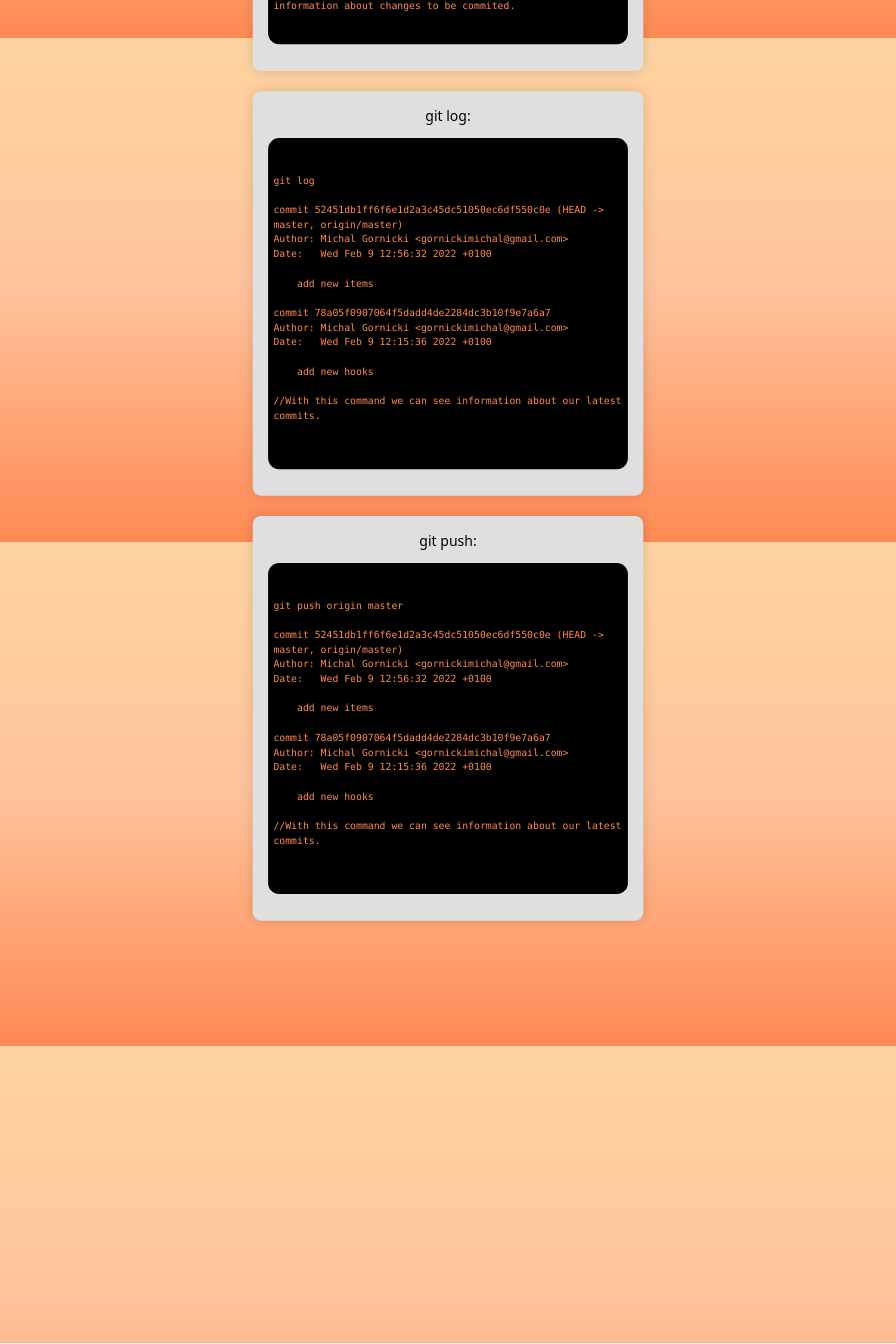
Repository: michalgornicki/git
Page: /
The author's editor kept a copy of each file at every save. The page is drawn from the files as they stood at one save, then again after the next save.
The browser window is 1280 px wide. The pictures show the part of the page from y = 2105 to 4025 px (the page is 4025 px tall before and 3752 px after), at 70% of full size.
Backgrounds fixed to the window are drawn as part of the page. The project was rebuilt for these pictures with package versions that can differ from the ones it lists, and the page was loaded fresh each time. Imported but missing from the stored project, and not drawn on this page: src/components/DOM manipulation.jsx, src/components/async.jsx, src/components/loops.jsx, src/components/numbers.jsx, src/components/variables.jsx, src/components/window.jsx.

Above is the page before, as saved 2022-02-10 08:39:44.

After the next save:
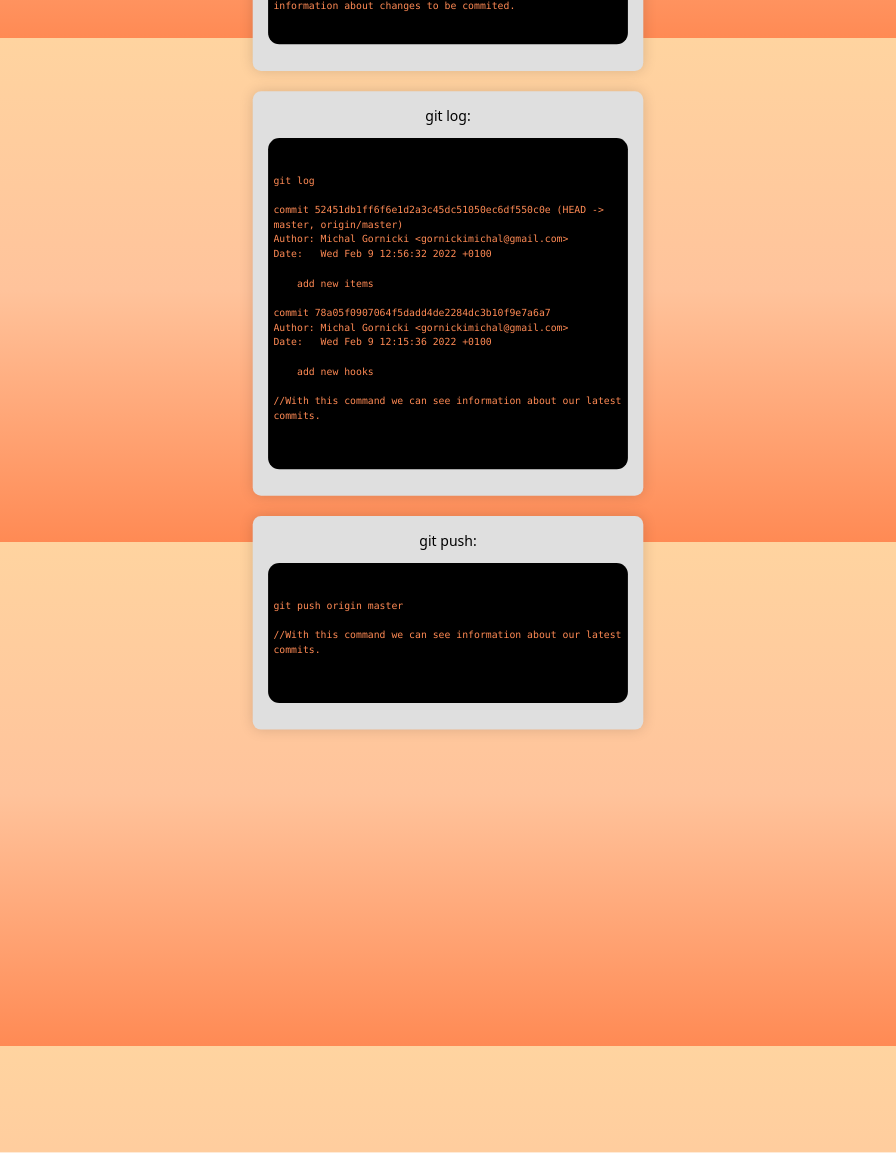
Saved 4 s later.
--- a/src/components/arrays.jsx
+++ b/src/components/arrays.jsx
@@ -112,18 +112,6 @@ Date:   Wed Feb 9 12:15:36 2022 +0100
 
 git push origin master
 
-commit 52451db1ff6f6e1d2a3c45dc51050ec6df550c0e (HEAD -> master, origin/master)
-Author: Michal Gornicki <gornickimichal@gmail.com>
-Date:   Wed Feb 9 12:56:32 2022 +0100
-
-    add new items
-
-commit 78a05f0907064f5dadd4de2284dc3b10f9e7a6a7
-Author: Michal Gornicki <gornickimichal@gmail.com>
-Date:   Wed Feb 9 12:15:36 2022 +0100
-
-    add new hooks
-
 //With this command we can see information about our latest commits.
 
           `}</pre>
